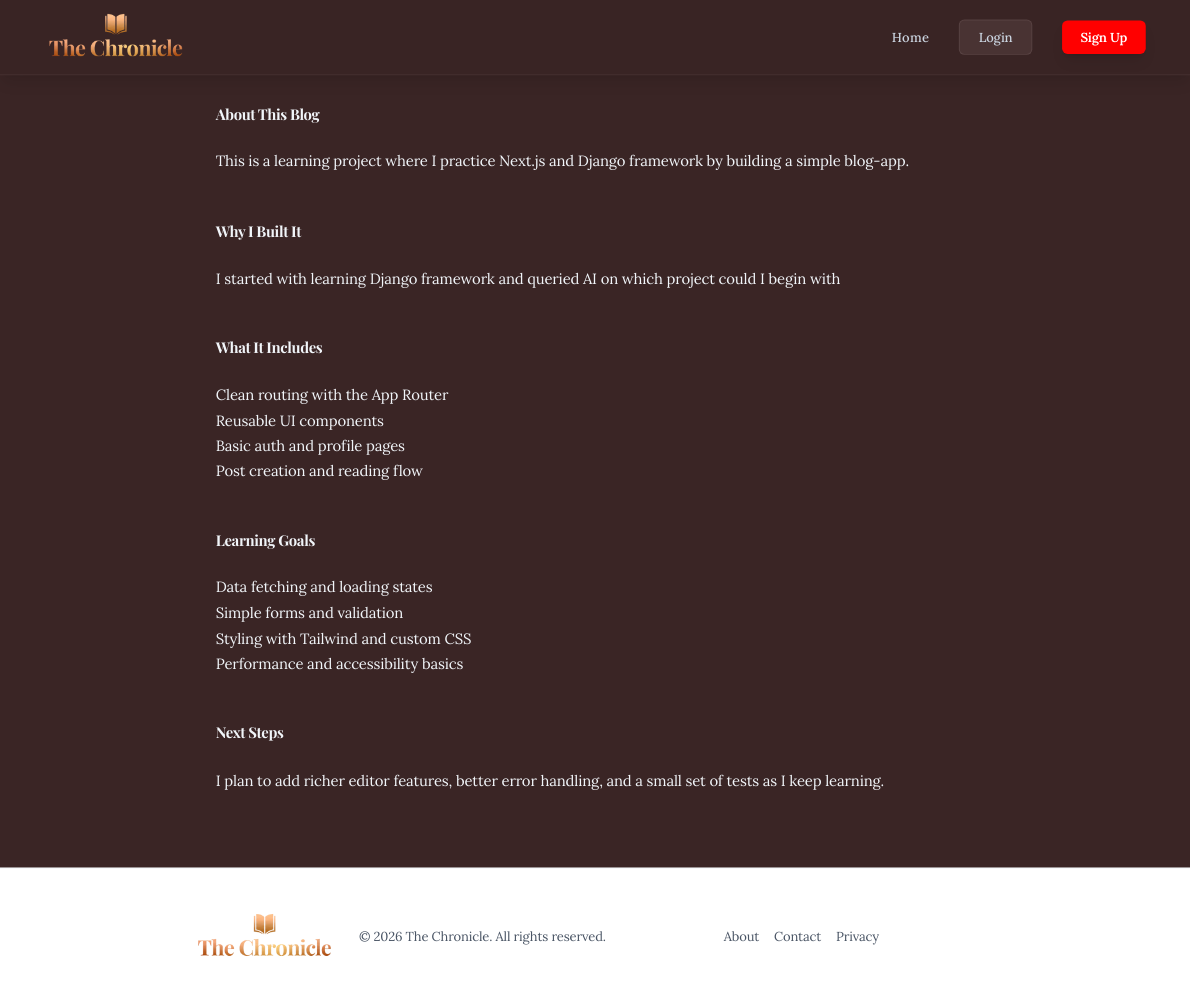
Repository: swaruplamsal/BasicBlogApp
Page: /about (app in blog-frontend/)
The author's editor kept a copy of each file at every save. The page is drawn from the files as they stood at one save, then again after a run of saves.
The browser window is 1280 px wide. The pictures show the whole page, at 93% of full size.
The page's requests for data from a server got no answer. The project was rebuilt for these pictures with package versions that can differ from the ones it lists, and the page was loaded fresh each time. The framework's server and built-in components were replaced by stand-ins that run in the browser. No one was signed in, and anything a server would have sent is missing. Also part of the build but not shown: blog-frontend/next.config.mjs, blog-frontend/app/components/Avatar.js.

Above is the page before, as saved 2026-02-07 20:53:05.

### blog-frontend/app/layout.js
// app/layout.js
import { Lora, Playfair_Display } from "next/font/google";
import { AuthProvider } from "./context/AuthContext";
import { generateSiteMetadata } from "../lib/metadata";
import "./globals.css";

export const metadata = generateSiteMetadata();

const lora = Lora({
  subsets: ["latin"],
  weight: ["400", "500", "600", "700"],
  variable: "--font-lora",
});

const playfair = Playfair_Display({
  subsets: ["latin"],
  weight: ["400", "500", "600", "700", "900"],
  variable: "--font-playfair",
});

export default function RootLayout({ children }) {
  return (
    <html lang="en">
      <body className={`${lora.variable} ${playfair.variable}`}>
        <AuthProvider>{children}</AuthProvider>
      </body>
    </html>
  );
}

### blog-frontend/app/about/page.js
import Navbar from "../components/Navbar";
import Footer from "../components/Footer";

const sectionStyle = {
  marginTop: "1.5rem",
};

export default function About() {
  return (
    <div className="dark:bg-sky-950">
      <Navbar />
      <main style={{ padding: "2rem", maxWidth: "880px", margin: "0 auto" }}>
        <h1>About This Blog</h1>
        <br />

        <p>
          This is a learning project where I practice Next.js and Django
          framework by building a simple blog-app.
        </p>
        <br />
        <section style={sectionStyle}>
          <h2>Why I Built It</h2>
          <br />
          <p>
            I started with learning Django framework and queried AI on which project could I begin with
          </p>
        </section>
        <br />

        <section style={sectionStyle}>
          <h2>What It Includes</h2>
          <br />
          <ul>
            <li>Clean routing with the App Router</li>
            <li>Reusable UI components</li>
            <li>Basic auth and profile pages</li>
            <li>Post creation and reading flow</li>
          </ul>
        </section>
        <br />

        <section style={sectionStyle}>
          <h2>Learning Goals</h2>
          <br />
          <ul>
            <li>Data fetching and loading states</li>
            <li>Simple forms and validation</li>
            <li>Styling with Tailwind and custom CSS</li>
            <li>Performance and accessibility basics</li>
          </ul>
        </section>
        <br />

        <section style={sectionStyle}>
          <h2>Next Steps</h2>
          <br />
          <p>
            I plan to add richer editor features, better error handling, and a
            small set of tests as I keep learning.
          </p>
        </section>
      </main>
      <Footer />
    </div>
  );
}

### blog-frontend/app/context/AuthContext.js
"use client";

import { createContext, useContext, useState, useEffect } from "react";
import { authApi } from "../../lib/api";

const AuthContext = createContext();

// Helper function to get initial state from localStorage
function getInitialAuth() {
  if (typeof window === "undefined") {
    return { token: null, user: null };
  }

  const savedToken = localStorage.getItem("token");
  const savedUser = localStorage.getItem("user");

  return {
    token: savedToken || null,
    user: savedUser ? JSON.parse(savedUser) : null,
  };
}

export function AuthProvider({ children }) {
  const [user, setUser] = useState(() => getInitialAuth().user);
  const [token, setToken] = useState(() => getInitialAuth().token);

  // Sync user data with backend on mount if token exists
  useEffect(() => {
    if (typeof window === "undefined" || !token) return;

    const syncUserData = async () => {
      try {
        const completeUser = await authApi.getCurrentUser();
        setUser(completeUser);
        localStorage.setItem("user", JSON.stringify(completeUser));
      } catch (error) {
        // If sync fails, user might be logged out - clear auth state
        setToken(null);
        setUser(null);
        localStorage.removeItem("token");
        localStorage.removeItem("user");
      }
    };

    syncUserData();
  }, [token]);

  const login = async (username, password) => {
    try {
      const data = await authApi.login(username, password);

      setToken(data.token);
      localStorage.setItem("token", data.token);

      // Fetch complete user data including profile
      try {
        const completeUser = await authApi.getCurrentUser();
        setUser(completeUser);
        localStorage.setItem("user", JSON.stringify(completeUser));
      } catch (profileError) {
        // Fallback to basic user data if profile fetch fails
        setUser(data.user);
        localStorage.setItem("user", JSON.stringify(data.user));
      }

      return { success: true };
    } catch (error) {
      return { success: false, error: error.message };
    }
  };

  const signup = async (username, email, password) => {
    try {
      const data = await authApi.signup(username, email, password);

      setToken(data.token);
      setUser(data.user);
      localStorage.setItem("token", data.token);
      localStorage.setItem("user", JSON.stringify(data.user));
      return { success: true };
    } catch (error) {
      return { success: false, error: error.message };
    }
  };

  const logout = () => {
    setToken(null);
    setUser(null);
    localStorage.removeItem("token");
    localStorage.removeItem("user");
  };

  const refreshUser = async () => {
    if (!token) return;

    try {
      const completeUser = await authApi.getCurrentUser();
      setUser(completeUser);
      localStorage.setItem("user", JSON.stringify(completeUser));
    } catch (error) {
      console.log("Failed to refresh user data:", error.message);
    }
  };

  return (
    <AuthContext.Provider
      value={{ user, token, login, signup, logout, refreshUser }}
    >
      {children}
    </AuthContext.Provider>
  );
}

export function useAuth() {
  return useContext(AuthContext);
}

### blog-frontend/lib/metadata.js
// Helper functions for generating metadata

export const generateSiteMetadata = () => ({
  title: {
    template: "%s | The Chronicle",
    default: "The Chronicle - Where Stories Matter",
  },
  description:
    "Discover thoughtful perspectives, compelling narratives, and insights that challenge the ordinary.",
  keywords: ["blog", "stories", "articles", "writing", "chronicle"],
  authors: [{ name: "The Chronicle Team" }],
  openGraph: {
    type: "website",
    locale: "en_US",
    siteName: "The Chronicle",
  },
  twitter: {
    card: "summary_large_image",
  },
  // Fallback favicon / site icon. Place a file at public/favicon.png (or /favicon.ico)
  icons: {
    icon: "/favicon.png",
    apple: "/favicon.png",
  },
});

export const generatePostMetadata = (post) => {
  if (!post) return {};

  return {
    title: post.title,
    description: post.content.substring(0, 160) + "...",
    keywords: post.tags?.map((tag) => tag.name) || [],
    authors: [{ name: post.author?.username || "Anonymous" }],
    openGraph: {
      title: post.title,
      description: post.content.substring(0, 160) + "...",
      type: "article",
      publishedTime: post.created_at,
      modifiedTime: post.updated_at,
      authors: [post.author?.username || "Anonymous"],
      tags: post.tags?.map((tag) => tag.name) || [],
    },
    twitter: {
      card: "summary_large_image",
      title: post.title,
      description: post.content.substring(0, 160) + "...",
    },
  };
};

### blog-frontend/app/globals.css
@import "tailwindcss";

@layer base {
  :root {
    /* Bold Editorial Theme - Color Hunt Palette */
    --background: #3a2525;
    --background-elevated: #4a3535;
    --background-hover: #5a4545;
    --foreground: #f1f5f9;
    --foreground-muted: #cbd5e1;
    --foreground-subtle: #94a3b8;

    /* Accent Colors */
    --accent: #ff0000;
    --accent-hover: #cc0000;
    --accent-light: #ff3333;
    --accent-secondary: #9e2a2a;
    --navy: #000080;
    --navy-hover: #0000a0;

    /* Borders & Dividers */
    --border: #5a4545;
    --border-light: #6a5555;

    /* Semantic Colors */
    --success: #10b981;
    --error: #ff0000;
    --warning: #ff0000;
  }

  body {
    background: var(--background);
    color: var(--foreground);
    font-family:
      var(--font-lora),
      -apple-system,
      BlinkMacSystemFont,
      "Segoe UI",
      Roboto,
      sans-serif;
    line-height: 1.7;
    -webkit-font-smoothing: antialiased;
    -moz-osx-font-smoothing: grayscale;
    letter-spacing: -0.011em;
  }

  h1,
  h2,
  h3,
  h4,
  h5,
  h6 {
    font-family: var(--font-playfair), Georgia, serif;
    font-weight: 700;
    line-height: 1.25;
    color: var(--foreground);
    letter-spacing: -0.025em;
  }
}

@layer components {
  /* Custom Scrollbar */
  ::-webkit-scrollbar {
    width: 8px;
  }

  ::-webkit-scrollbar-track {
    background: var(--background);
  }

  ::-webkit-scrollbar-thumb {
    background: var(--accent);
    border-radius: 4px;
  }

  ::-webkit-scrollbar-thumb:hover {
    background: var(--accent-hover);
  }

  /* Smooth transitions */
  * {
    transition-property:
      background-color, border-color, color, fill, stroke, transform, opacity;
    transition-timing-function: cubic-bezier(0.4, 0, 0.2, 1);
    transition-duration: 200ms;
  }

  /* Editorial Utilities */
  .editorial-gradient {
    background: linear-gradient(
      135deg,
      var(--background) 0%,
      var(--background-elevated) 100%
    );
  }

  .text-gradient {
    background: linear-gradient(135deg, #ff0000, #9e2a2a);
    -webkit-background-clip: text;
    -webkit-text-fill-color: transparent;
    background-clip: text;
  }

  .reading-progress {
    position: fixed;
    top: 0;
    left: 0;
    height: 3px;
    background: linear-gradient(90deg, #ff0000, #9e2a2a);
    z-index: 9999;
    transition: width 0.1s ease-out;
  }

  .card-hover {
    transition: all 0.3s cubic-bezier(0.4, 0, 0.2, 1);
  }

  .card-hover:hover {
    transform: translateY(-2px);
    box-shadow: 0 20px 40px -12px rgba(255, 0, 0, 0.2);
    border-color: #6a5555 !important;
  }

  /* Button Styles */
  .btn-primary {
    background-color: #ff0000;
    box-shadow: 0 10px 25px -5px rgba(255, 0, 0, 0.3);
    transition: all 0.3s ease;
  }

  .btn-primary:hover {
    background-color: #cc0000;
    box-shadow: 0 15px 30px -5px rgba(255, 0, 0, 0.4);
  }

  /* Link Styles */
  .link-red {
    color: #ff0000;
    transition: color 0.2s ease;
  }

  .link-red:hover {
    color: #ff3333;
  }

  .link-nav {
    color: #cbd5e1;
    transition: color 0.2s ease;
  }

  .link-nav:hover {
    color: #ff0000;
  }

  /* Article Title */
  .article-title {
    color: #f1f5f9;
    transition: color 0.3s ease;
  }

  .article-title:hover {
    color: #ff0000;
  }

  /* Tag Styles */
  .tag {
    color: #94a3b8;
    background-color: rgba(90, 69, 69, 0.5);
    border: 1px solid rgba(106, 85, 85, 0.5);
    transition: all 0.2s ease;
  }

  .tag:hover {
    border-color: #9e2a2a;
    color: #cbd5e1;
  }
  /* Form Styles */
  .form-input {
    background-color: rgba(90, 69, 69, 0.5);
    border: 1px solid #6a5555;
    color: #f1f5f9;
    transition: all 0.2s ease;
  }

  .form-input:focus {
    outline: none;
    border-color: #ff0000;
    background-color: rgba(90, 69, 69, 0.7);
  }

  .form-label {
    color: #cbd5e1;
  }

  .form-container {
    background-color: rgba(74, 53, 53, 0.5);
    border: 1px solid #5a4545;
  }

  .btn-secondary {
    background-color: rgba(90, 69, 69, 0.8);
    color: #cbd5e1;
    border: 1px solid #6a5555;
    transition: all 0.2s ease;
  }

  .btn-secondary:hover {
    background-color: rgba(90, 69, 69, 1);
    border-color: #7a6565;
  }

  .btn-danger {
    background-color: rgba(158, 42, 42, 0.8);
    color: #fff;
    border: 1px solid #9e2a2a;
    transition: all 0.2s ease;
  }

  .btn-danger:hover {
    background-color: #9e2a2a;
  }

  .btn-success {
    background-color: rgba(16, 185, 129, 0.8);
    color: #fff;
    transition: all 0.2s ease;
  }

  .btn-success:hover {
    background-color: rgb(16, 185, 129);
  }

  /* ========================================
   LOADING & ANIMATION STYLES
   ======================================== */

  /* Shimmer effect for skeleton loaders */
  @keyframes shimmer {
    0% {
      transform: translateX(-100%);
    }
    100% {
      transform: translateX(100%);
    }
  }

  .animate-shimmer {
    animation: shimmer 2s infinite;
  }

  /* Fade in animation */
  @keyframes fade-in {
    from {
      opacity: 0;
    }
    to {
      opacity: 1;
    }
  }

  .animate-fade-in {
    animation: fade-in 0.5s ease-out;
  }

  /* Fade in and slide up animation */
  @keyframes fade-in-up {
    from {
      opacity: 0;
      transform: translateY(20px);
    }
    to {
      opacity: 1;
      transform: translateY(0);
    }
  }

  .animate-fade-in-up {
    animation: fade-in-up 0.6s ease-out;
  }

  /* Scale in animation */
  @keyframes scale-in {
    from {
      opacity: 0;
      transform: scale(0.95);
    }
    to {
      opacity: 1;
      transform: scale(1);
    }
  }

  .animate-scale-in {
    animation: scale-in 0.4s ease-out;
  }

  /* Smooth transitions for all interactive elements */
  .transition-smooth {
    transition: all 0.3s cubic-bezier(0.4, 0, 0.2, 1);
  }
}

### blog-frontend/app/components/Navbar.js
// app/components/Navbar.js
"use client";

import dynamic from "next/dynamic";
import Link from "next/link";
import Image from "next/image";

const NavbarAuth = dynamic(() => import("./NavbarAuth"), { ssr: false });

export default function Navbar() {
  return (
    <nav
      className="sticky top-0 z-50 backdrop-blur-xl border-b shadow-lg"
      style={{
        backgroundColor: "rgba(58, 37, 37, 0.8)",
        borderColor: "rgba(90, 69, 69, 0.5)",
      }}
    >
      <div className="max-w-7xl mx-auto px-6 sm:px-8 lg:px-12">
        <div className="flex justify-between items-center h-20">
          {/* Logo */}
          <Link
            href="/"
            className="group flex items-center gap-3 hover:opacity-80 transition-opacity"
          >
            {/* Replace the inline svg with a logo image from public/images/logo.png */}
            <div>
              <Image
                src="/images/logo.png"
                alt="Editorial logo"
                width={150}
                height={150}
                className="object-cover"
                priority
              />
            </div>
          </Link>

          {/* Nav Links */}
          <div className="flex items-center gap-8">
            <Link
              href="/"
              className="link-nav font-medium text-sm tracking-wide"
            >
              Home
            </Link>
            <NavbarAuth />
          </div>
        </div>
      </div>
    </nav>
  );
}

### blog-frontend/app/components/Footer.js
import Image from "next/image";
import Link from "next/link";
import SocialLinks from "./SocialLinks";

export default function Footer() {
  return (
    <footer className="border-t mt-12 py-8 bg-white dark:bg-gray-900">
      <div className="max-w-4xl mx-auto px-4 flex flex-col md:flex-row items-center justify-between gap-4">
        <div className="flex items-center space-x-3">
          <Link href="/" className="flex items-center">
            <Image
              src="/images/logo.png"
              alt="Logo"
              width={150}
              height={150}
              className="rounded-sm"
            />
          </Link>
          <p className="text-sm text-gray-600 dark:text-gray-300 ml-4">
            © {new Date().getFullYear()} The Chronicle. All rights reserved.
          </p>
        </div>

        <nav className="flex items-center space-x-4">
          <Link
            href="/about"
            className="text-sm text-gray-600 hover:text-red-600 transition-colors duration-200 dark:text-gray-300 dark:hover:text-red-400 active:text-red-900 focus:outline-none focus-visible:ring-2 focus-visible:ring-red-300 rounded"
          >
            About
          </Link>
          <Link
            href="/contact"
            className="text-sm text-gray-600 hover:text-red-600 transition-colors duration-200 dark:text-gray-300 dark:hover:text-red-400 active:text-red-900 focus:outline-none focus-visible:ring-2 focus-visible:ring-red-300 rounded"
          >
            Contact
          </Link>
          <Link
            href="/privacy"
            className="text-sm text-gray-600 hover:text-red-600 transition-colors duration-200 dark:text-gray-300 dark:hover:text-red-400 active:text-red-900 focus:outline-none focus-visible:ring-2 focus-visible:ring-red-300 rounded"
          >
            Privacy
          </Link>
        </nav>

        <div>
          <SocialLinks />
        </div>
      </div>
    </footer>
  );
}

### blog-frontend/app/components/SocialLinks.js
"use client";

import Link from "next/link";

export default function SocialLinks({ website, twitter, github, linkedin }) {
  const links = [
    {
      name: "Website",
      value: website,
      href: website,
      icon: (
        <svg
          className="w-5 h-5"
          fill="none"
          stroke="currentColor"
          viewBox="0 0 24 24"
        >
          <path
            strokeLinecap="round"
            strokeLinejoin="round"
            strokeWidth={2}
            d="M21 12a9 9 0 01-9 9m9-9a9 9 0 00-9-9m9 9H3m9 9a9 9 0 01-9-9m9 9c1.657 0 3-4.03 3-9s-1.343-9-3-9m0 18c-1.657 0-3-4.03-3-9s1.343-9 3-9m-9 9a9 9 0 019-9"
          />
        </svg>
      ),
    },
    {
      name: "Twitter",
      value: twitter,
      href: twitter ? `https://twitter.com/${twitter}` : null,
      icon: (
        <svg className="w-5 h-5" fill="currentColor" viewBox="0 0 24 24">
          <path d="M18.244 2.25h3.308l-7.227 8.26 8.502 11.24H16.17l-5.214-6.817L4.99 21.75H1.68l7.73-8.835L1.254 2.25H8.08l4.713 6.231zm-1.161 17.52h1.833L7.084 4.126H5.117z" />
        </svg>
      ),
    },
    {
      name: "GitHub",
      value: github,
      href: github ? `https://github.com/${github}` : null,
      icon: (
        <svg className="w-5 h-5" fill="currentColor" viewBox="0 0 24 24">
          <path
            fillRule="evenodd"
            d="M12 2C6.477 2 2 6.484 2 12.017c0 4.425 2.865 8.18 6.839 9.504.5.092.682-.217.682-.483 0-.237-.008-.868-.013-1.703-2.782.605-3.369-1.343-3.369-1.343-.454-1.158-1.11-1.466-1.11-1.466-.908-.62.069-.608.069-.608 1.003.07 1.531 1.032 1.531 1.032.892 1.53 2.341 1.088 2.91.832.092-.647.35-1.088.636-1.338-2.22-.253-4.555-1.113-4.555-4.951 0-1.093.39-1.988 1.029-2.688-.103-.253-.446-1.272.098-2.65 0 0 .84-.27 2.75 1.026A9.564 9.564 0 0112 6.844c.85.004 1.705.115 2.504.337 1.909-1.296 2.747-1.027 2.747-1.027.546 1.379.202 2.398.1 2.651.64.7 1.028 1.595 1.028 2.688 0 3.848-2.339 4.695-4.566 4.943.359.309.678.92.678 1.855 0 1.338-.012 2.419-.012 2.747 0 .268.18.58.688.482A10.019 10.019 0 0022 12.017C22 6.484 17.522 2 12 2z"
            clipRule="evenodd"
          />
        </svg>
      ),
    },
    {
      name: "LinkedIn",
      value: linkedin,
      href: linkedin ? `https://linkedin.com/in/${linkedin}` : null,
      icon: (
        <svg className="w-5 h-5" fill="currentColor" viewBox="0 0 24 24">
          <path d="M20.447 20.452h-3.554v-5.569c0-1.328-.027-3.037-1.852-3.037-1.853 0-2.136 1.445-2.136 2.939v5.667H9.351V9h3.414v1.561h.046c.477-.9 1.637-1.85 3.37-1.85 3.601 0 4.267 2.37 4.267 5.455v6.286zM5.337 7.433c-1.144 0-2.063-.926-2.063-2.065 0-1.138.92-2.063 2.063-2.063 1.14 0 2.064.925 2.064 2.063 0 1.139-.925 2.065-2.064 2.065zm1.782 13.019H3.555V9h3.564v11.452zM22.225 0H1.771C.792 0 0 .774 0 1.729v20.542C0 23.227.792 24 1.771 24h20.451C23.2 24 24 23.227 24 22.271V1.729C24 .774 23.2 0 22.222 0h.003z" />
        </svg>
      ),
    },
  ];

  const activeLinks = links.filter((link) => link.value);

  if (activeLinks.length === 0) {
    return null;
  }

  return (
    <div className="flex flex-wrap gap-3">
      {activeLinks.map((link) => (
        <a
          key={link.name}
          href={link.href}
          target="_blank"
          rel="noopener noreferrer"
          className="flex items-center gap-2 px-4 py-2 bg-slate-800/50 rounded-lg border border-slate-700/50 hover:border-red-600/50 hover:bg-slate-800 transition-all text-slate-400 hover:text-red-400"
          title={link.name}
        >
          {link.icon}
          <span className="text-sm">{link.name}</span>
        </a>
      ))}
    </div>
  );
}

Loaded but not shown: blog-frontend/lib/api.js (library); blog-frontend/app/components/NavbarAuth.js (180 lines, source omitted)

After the next 2 saves:
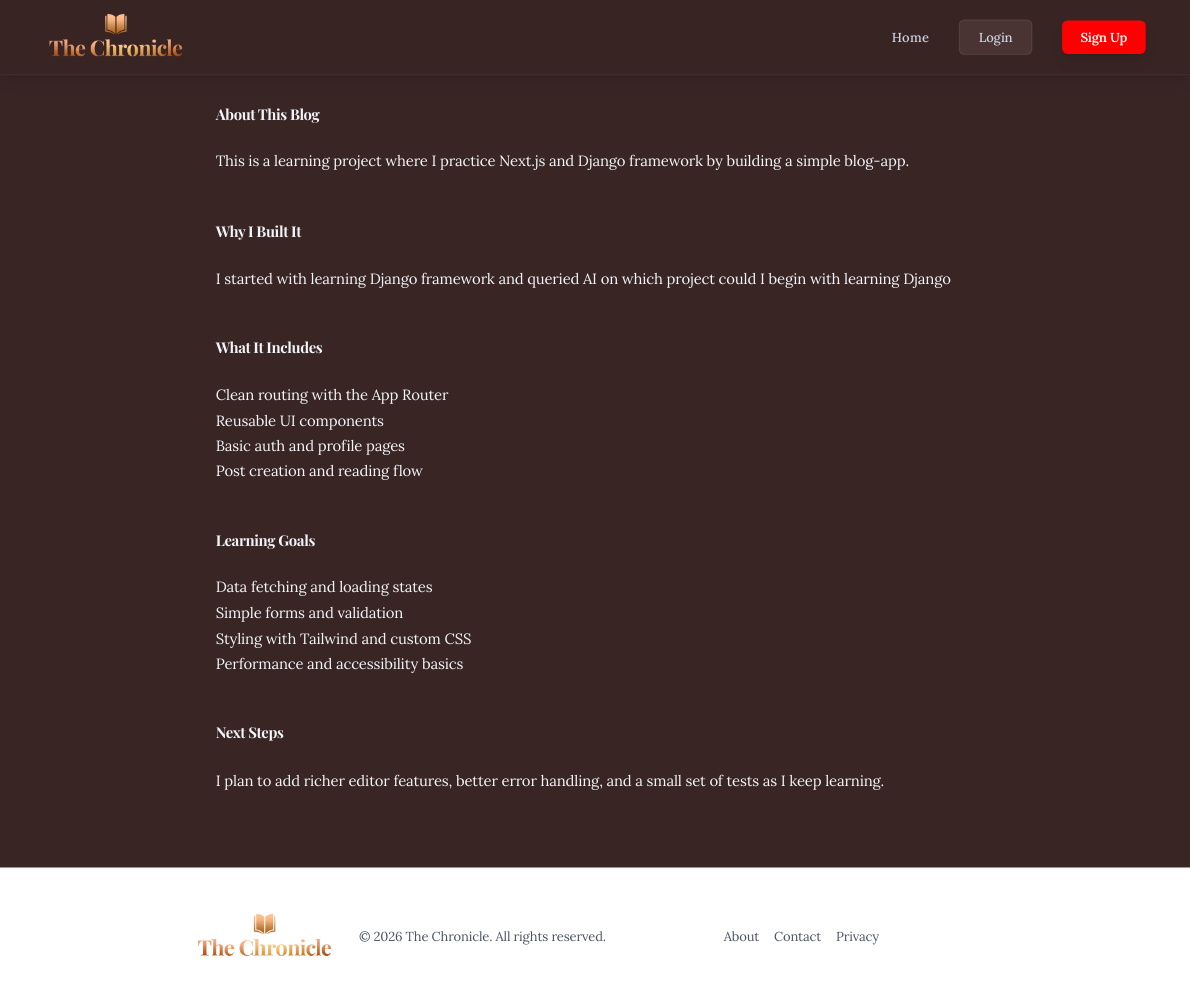
The 2 saves are shown as one change because they came seconds apart.
The last was saved 11 s later.
--- a/blog-frontend/app/about/page.js
+++ b/blog-frontend/app/about/page.js
@@ -22,7 +22,8 @@
           <h2>Why I Built It</h2>
           <br />
           <p>
-            I started with learning Django framework and queried AI on which project could I begin with
+            I started with learning Django framework and queried AI on which
+            project could I begin with learning Django
           </p>
         </section>
         <br />
